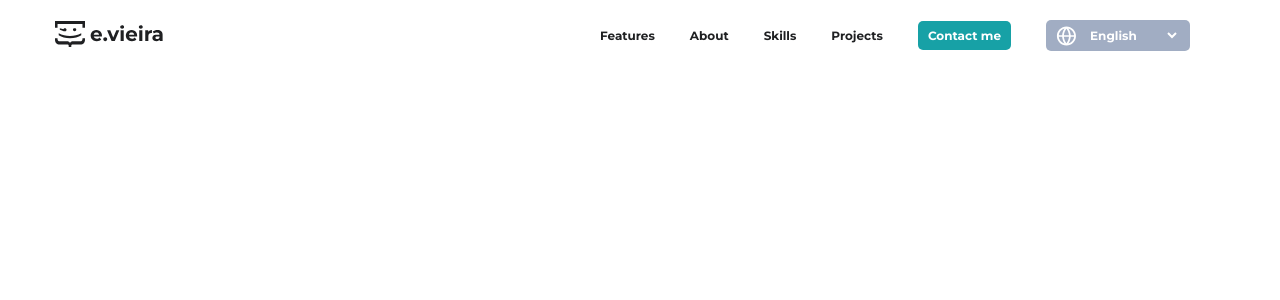
Repository: elissandrovieira/portfolio
Page: /
An editor plug-in stored every save of this project. The page is shown before and after the next save, followed by the edit.
The browser window is 1280 px wide. The pictures show the whole page.
The project was rebuilt for these pictures with package versions that can differ from the ones it lists, and the page was loaded fresh each time. The framework's server and built-in components were replaced by stand-ins that run in the browser. Also part of the build but not shown: next.config.js.

Above is the page before, as saved 2023-02-10 00:26:19.

### src/pages/_app.js
import '@/styles/globals.css'
import Head from 'next/head'

export default function App({ Component, pageProps }) {
  return (
    <>
      <Head>
        <title>Eli Vieira Portfolio</title>
        <meta name="viewport" content="width=device-width, initial-scale=1" />
        <link rel="icon" href="/favicon.ico" />
      </Head>
      <Component {...pageProps} />
    </>
  )
}

### src/pages/index.js
import TemplateDefault from '../templates/Default'

export default function Home() {
  return (
    <TemplateDefault>


    </TemplateDefault>
  )
}

### src/styles/globals.css
@import url('https://fonts.googleapis.com/css2?family=Montserrat:wght@400;700;900&display=swap');

*{
  margin: 0;
  padding: 0;
  box-sizing: border-box;
}

body{
  font-family: 'Montserrat', sans-serif;
  color: #1F2022;
}

### src/templates/Default.js
import Header from '../components/Header'

const Default = ({ children }) => {

  return (
    <>
      <Header />
      {children}
    </>
  )
}

export default Default

### src/components/Header.js
import Image from 'next/image'
import Link from 'next/link'
import styled from 'styled-components'

const Container = styled.div`
  display: flex;
  align-items: center;
  justify-content: space-between;
  max-width: 1200px;
  padding: 20px 15px 0 15px;
  margin: 0 auto;
`
const Menu = styled.ul`
  display: flex;
  align-items: center;
  font-size: 12px;
  font-weight: 700;

  li{
    list-style: none;
  margin-right: 35px;
  cursor: pointer;
  }
`
const ContactBtn = styled.button`
background-color: #17A1A6;
font-family: 'Montserrat', sans-serif;
font-size: 12px;
font-weight: 700;
color: white;
padding: 7px 10px;
border: none;
border-radius: 5px;
cursor: pointer;

`
const Languages = styled.div`
display: flex;
align-items: center;
background-color: #A1ADC3;
padding: 0 10px;
border-radius: 5px;
cursor: pointer;

  select{
    font-family: 'Montserrat', sans-serif;
    font-size: 12px;
    font-weight: 700;
    color: white;
    border: none;
    background: transparent;
    padding: 7px 0 7px 10px;
    cursor: pointer;
  }
`

const Header = () => {
  console.log(Languages.value)
  return (
    <Container className="mainContainer">
      <Link href="/">
        <Image
        src="/logo.svg"
        alt="eli.vieira logo"
        width={109}
        height={26}
        />
      </Link>
      <nav>
        <Menu>
          <Link href="#features" legacyBehavior>
            <li>Features</li>
          </Link>
          <Link href="#about" legacyBehavior>
            <li>About</li>
          </Link>
          <Link href="#skills" legacyBehavior>
            <li>Skills</li>
          </Link>
          <Link href="#projects" legacyBehavior>
            <li>Projects</li>
          </Link>
          <Link href="#contact" legacyBehavior>
            <li>
              <ContactBtn>Contact me</ContactBtn>
            </li>
          </Link>
          <li>
            <Languages>
            <Image
            src="/globe.svg"
            alt="languages"
            width={20}
            height={20}
            />
              <select>
                <option value="en">English</option>
                <option value="pt">Portuguese</option>
              </select>
            </Languages>
          </li>

        </Menu>
      </nav>
    </Container>
  )
}

export default Header

Loaded but not shown: src/pages/_document.js (common file)

After the next save:
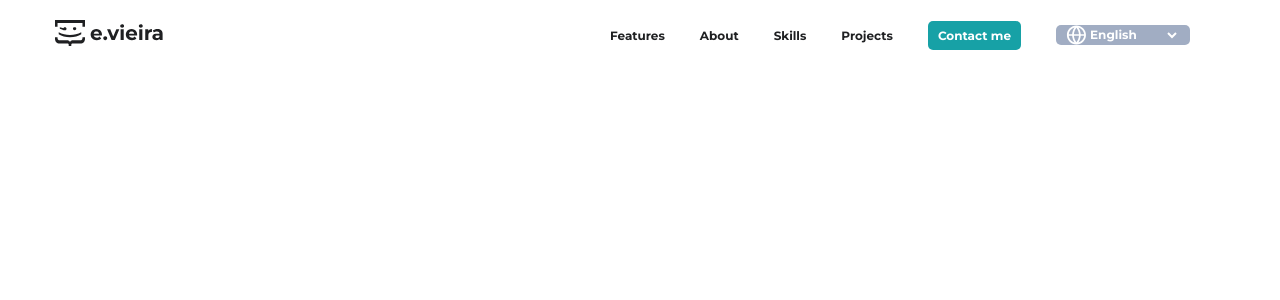
Saved 8 s later.
--- a/src/components/Header.js
+++ b/src/components/Header.js
@@ -49,7 +49,7 @@
     color: white;
     border: none;
     background: transparent;
-    padding: 7px 0 7px 10px;
+    padding: 7px -5 7px 10px;
     cursor: pointer;
   }
 `
